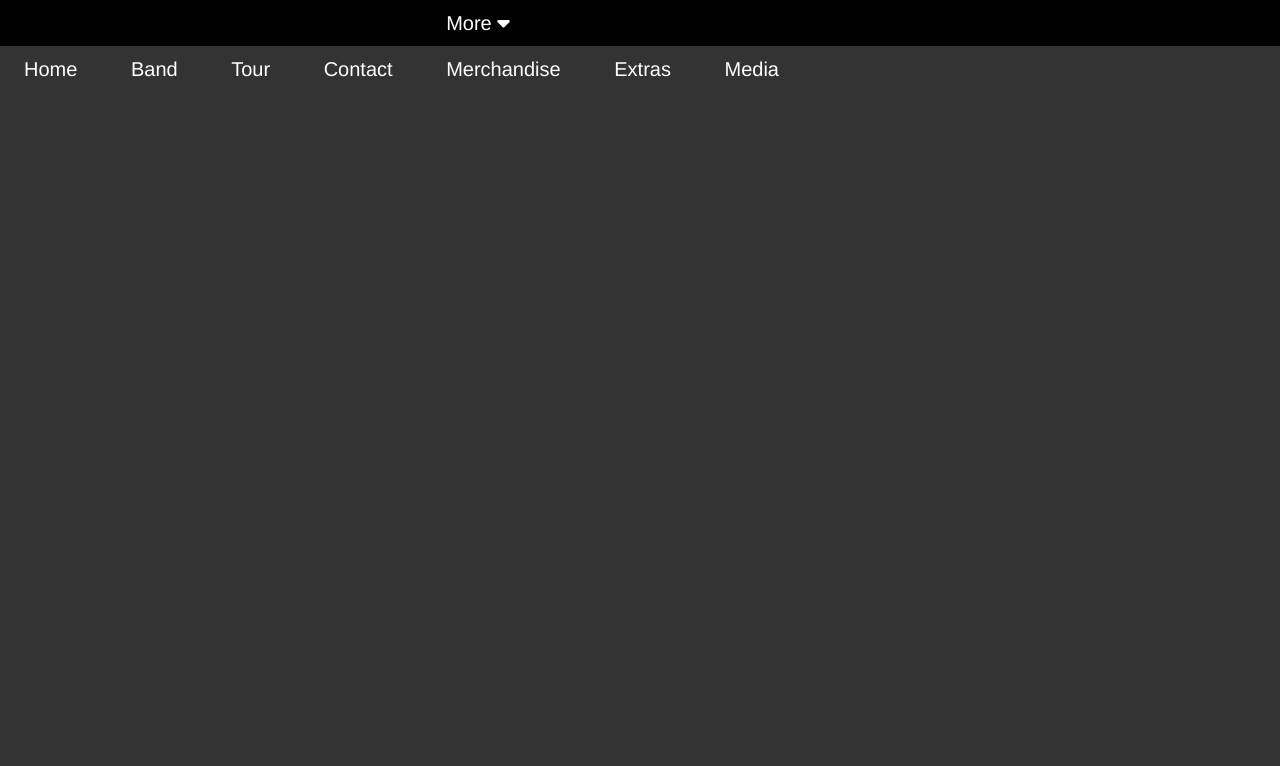
Repository: nugort/nugort.github.io
Page: f8/the-band/index.html
The author's editor kept a copy of each file at every save. The page is drawn from the files as they stood at one save, then again after the next save.
The browser window is 1280 px wide. The pictures show the whole page.
Some web libraries are served in a nearby version.

Above is the page before, as saved 2022-02-07 03:51:07.

### f8/the-band/index.html
<!DOCTYPE html>
<html lang="en">

<head>
    <meta charset="UTF-8">
    <meta http-equiv="X-UA-Compatible" content="IE=edge">
    <meta name="viewport" content="width=device-width, initial-scale=1.0">
    <title>Document</title>
    <script src="https://kit.fontawesome.com/28e152e343.js" crossorigin="anonymous"></script>
    <link rel="stylesheet" href="./assets/css/styles.css">
</head>

<body>
    <div id="main">
        <div id="header">
            <ul id="nav">
                <li>
                    <a href="#">Home</a>
                </li>

                <li>
                    <a href="#">Band</a>
                </li>

                <li>
                    <a href="#">Tour</a>
                </li>

                <li>
                    <a href="#">Contact</a>
                </li>

                <li>
                    <a href="#">More <i class="fas fa-caret-down"></i></a>
                    <ul class="subnav">
                        <li>
                            <a href="#">Merchandise</a>
                        </li>

                        <li>
                            <a href="#">Extras</a>
                        </li>

                        <li>
                            <a href="#">Media</a>
                        </li>
                    </ul>
                </li>
            </ul>
        </div>

        <div id="slider">

        </div>

        <div id="conten">

        </div>

        <div id="footer">

        </div>
    </div>
</body>

</html>

### f8/the-band/assets/css/styles.css
/* 3 kiểu dùng css
- inline (phèn)
- internal (cũng phèn)
-external (đúng đúng đúng) */

/* Các đơn vị hay dùng
* Absolute units
- px
- pt
- cm
- mm
- inch
- picture

* Relative units
- %
- rem (bằng kích cỡ chữ của thẻ html - mặc định là 16px)
- em  (bằng kích cỡ chữ của thẻ cha chứa nó gần nhất có set font-size)
- vw (chiều rộng bằng chiều ngang của màn hình hiển thị)
- vh (chiều cao bằng chiều dọc của màn hình hiển thị) */

/* Hàm trong css
- var(): gọi biến vào
- linearGradient()
- rgba()
- rgb
- calc(): tính toán
- attr() */

/* Pseudo-classes (lớp giả) */

:root {
    --text-color: #FFFFFF;
    --background-color: #00171F;
    --button-color: #003459;
    --other-color: #007EA7;
    --button-2nd-color: #00A8E8;
}  /* Đặt biến giống trong ngôn ngữ lập trình khác thôi =))) */

* {
    box-sizing: border-box;
    margin: 0;
    padding: 0;
} /* reset css */

html {
    font-family: Helvetica, sans-serif;
    font-size: 20px;
}
/*
Chọn cùng lúc nhiều Class, ID đưa qua css
Bôi đen điểm chung -> CTRL +  SHIFT + L -> Mũi tên qua phải ( > ) -> CTRL + SHIFT + ( > ) -> CTRL + C
-> Qua file css paste -> ALT + CLICK  -> # -> CTRL + ( > ) -> {}
 */

/*
1. Làm từ ngoài vào trong
2. Làm từ trên xuống dưới
3. Từ tổng quan đến chi tiết
*/

/*
1. Vị trí (Vị trí các phần; Header, Content, ...)
2. Kích thước
3. Màu sắc
4. Styles (Fonts chữ, tròn, vuông, ...)
*/

#main{

}

#header{
    background-color: black;
    height: 46px;
}

#nav li {
    display: inline-block;
}

#nav li a {
    color: #FFFFFF;
    text-decoration: none;
    line-height: 46px;
    padding: 0px 24px;
    /* padding: 12px 24px; */
}

#nav li:hover a {
    display: inline-block;
    color: #000;
    background-color: #CCC;
}

#nav .subnav {
    /* display: none; */

}

#slider {
height: 100vh;
background-color: #333  ;
}

#content {

}

#footer {

}

After the next save:
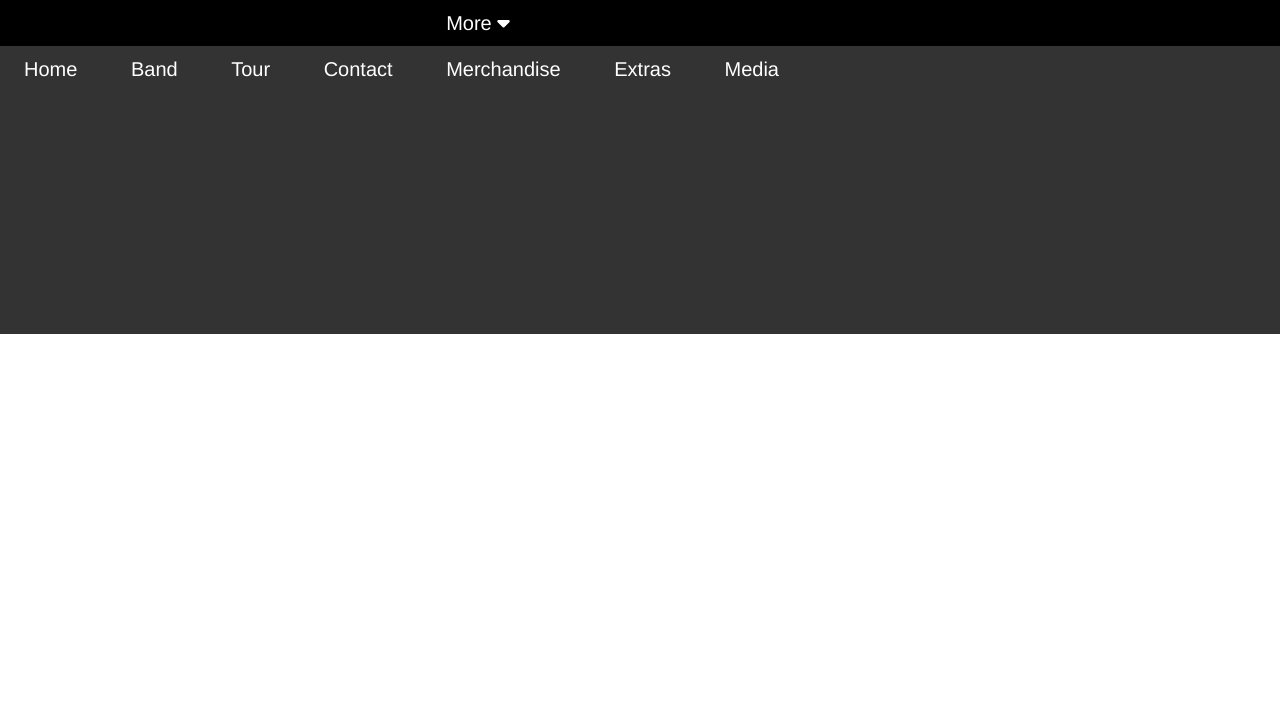
Saved 16 min 56 s later.
--- a/f8/the-band/assets/css/styles.css
+++ b/f8/the-band/assets/css/styles.css
@@ -99,7 +99,7 @@ Bôi đen điểm chung -> CTRL +  SHIFT + L -> Mũi tên qua phải ( > ) -> CT
 }
 
 #slider {
-height: 100vh;
+height: 40vh;
 background-color: #333  ;
 }
 
